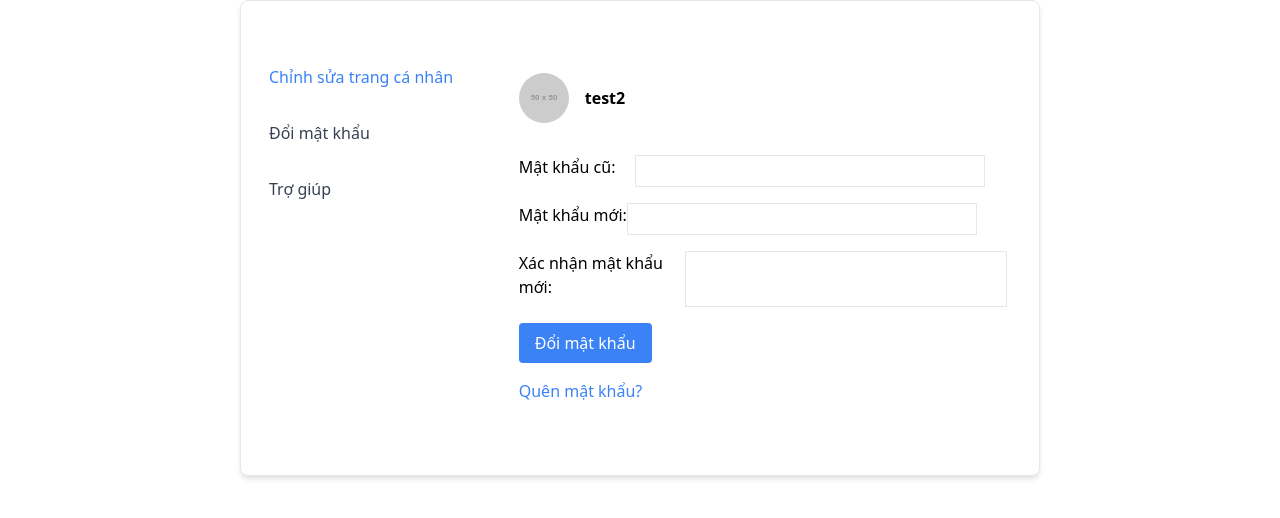
Repository: DangNgocDuong250903/2425_CS445AC_NHOM1
Page: /changepassword (app in social_fe/)
The author's editor kept a copy of each file at every save. The page is drawn from the files as they stood at one save, then again after the next save.
The browser window is 1280 px wide. The pictures show the whole page.
The project was rebuilt for these pictures with package versions that can differ from the ones it lists, and the page was loaded fresh each time. Also part of the build but not shown: social_fe/vite.config.js, social_fe/src/components/Button/index.jsx, social_fe/src/assets/index.js, social_fe/src/components/FriendCard/index.jsx, social_fe/src/components/Loading/index.jsx, social_fe/src/components/PostCard/index.jsx, social_fe/src/components/ProfileCard/index.jsx, social_fe/src/components/TextInput/index.jsx and 9 more.

Above is the page before, as saved 2024-11-05 16:47:07.

### social_fe/index.html
<!DOCTYPE html>
<html lang="en">
  <head>
    <meta charset="UTF-8" />
    <link rel="icon" type="image/svg+xml" href="/public/logo.svg" />
    <meta name="viewport" content="width=device-width, initial-scale=1.0" />
    <title>LinkVerse</title>
  </head>
  <body>
    <div id="root"></div>
    <script type="module" src="/src/main.jsx"></script>
  </body>
</html>

### social_fe/src/main.jsx
import { StrictMode } from "react";
import { createRoot } from "react-dom/client";
import App from "./App.jsx";
import "./index.css";
import { store } from "./redux/store.js";
import { Provider } from "react-redux";
import { BrowserRouter } from "react-router-dom";

createRoot(document.getElementById("root")).render(
  <StrictMode>
    <Provider store={store}>
      <BrowserRouter>
        <App />
      </BrowserRouter>
    </Provider>
  </StrictMode>,
);

### social_fe/src/App.jsx
import { Outlet, Navigate, Route, Routes, useLocation } from "react-router-dom";
import {
  Home,
  Profile,
  Register,
  Login,
  ResetPassword,
  NotFound,
} from "./pages";
import { useSelector } from "react-redux";
import UpdateUser from "./pages/ProfilePage/updateUser";
import ChangePassword from "./pages/ProfilePage/ChangePassword";

const Layout = () => {
  const { user } = useSelector((state) => state.user);
  const location = useLocation();

  return user?.token ? (
    <Outlet />
  ) : (
    <Navigate to="/login" state={{ from: location }} replace />
  );
};

function App() {
  const { theme } = useSelector((state) => state.theme);

  return (
    <div data-theme={theme} className="w-full min-h-[100vh]">
      <Routes>
        <Route element={<Layout />}>
          <Route path="/" element={<Home />} />
          <Route path="/profile" element={<Profile />} />
          <Route path="/update_user" element={<UpdateUser />} />
          <Route path="/changepassword" element={<ChangePassword />} />




        </Route>

        <Route path="/register" element={<Register />} />
        <Route path="/login" element={<Login />} />
        <Route path="/reset-password" element={<ResetPassword />} />
        <Route path="*" element={<NotFound />} />
      </Routes>
    </div>
  );
}

export default App;

### social_fe/src/index.css
@tailwind base;
@tailwind components;
@tailwind utilities;

::-webkit-scrollbar {
    display: none;
     -ms-overflow-style: none;  /* IE and Edge */
    scrollbar-width: none;
  }

  .topbar{
  position: sticky;
  top: 0px;
  z-index: 49;
  }


  .dots-container {
    display: flex;
    align-items: center;
    justify-content: center;
    height: 100%;
    width: 100%;
    margin-bottom: 5px;
  }

  .dot {
    height: 12px;
    width: 12px;
    margin-right: 10px;
    border-radius: 10px;
    background-color: #fff;
    animation: pulse 1.5s infinite ease-in-out;
  }

  .dot:last-child {
    margin-right: 0;
  }

  .dot:nth-child(1) {
    animation-delay: -0.3s;
  }

  .dot:nth-child(2) {
    animation-delay: -0.1s;
  }

  .dot:nth-child(3) {
    animation-delay: 0.1s;
  }

  @keyframes pulse {
    0% {
      transform: scale(0.8);
      background-color: #b3d4fc;
      box-shadow: 0 0 0 0 rgba(178, 212, 252, 0.7);
    }

    50% {
      transform: scale(1.2);
      background-color: #4b79e4;
      box-shadow: 0 0 0 10px rgba(178, 212, 252, 0);
    }

    100% {
      transform: scale(0.8);
      background-color: #2584f8;
      box-shadow: 0 0 0 0 rgba(178, 212, 252, 0.7);
    }
  }

  @layer base {
    :root {
      --color-bg: 227 227 227;
      --color-primary: 255 255 255;
      --color-secondary:255 255 255;
      --color-ascent1: 0 0 0;
      --color-ascent2: 89 91 100;
      --color-blue: 6 90 216;
      --color-white: 255 255 255;

    }
    /* //15 23 42  21 30 49*/
    [data-theme="dark"] {
       --color-bg: 12 12 12;
       --color-primary: 31 31 31;
      --color-secondary: 47 45 48;
      --color-ascent1: 255 255 255;
      --color-ascent2: 164 161 162;
      --color-blue: 6 90 216;
      /* //16 176 255; */
      --color-white: 255 255 255;
    }
  }

### social_fe/src/redux/store.js
import { configureStore } from "@reduxjs/toolkit";

import { rootReducer } from "./reducer";

const store = configureStore({
  reducer: rootReducer,
});

const { dispatch } = store;

export { store, dispatch };

### social_fe/src/pages/index.js
import Home from "./HomePage";
import Login from "./LoginPage";
import NotFound from "./NotFoundPage";
import Profile from "./ProfilePage";
import Register from "./RegisterPage";
import ResetPassword from "./ResetPasswordPage";

export { Home, Login, NotFound, Profile, Register, ResetPassword };

### social_fe/src/pages/ProfilePage/ChangePassword.jsx
import React, { useState } from 'react';
import { Link, useNavigate } from 'react-router-dom';

const ChangePassword = () => {
    const [selectedLink, setSelectedLink] = useState(1);
    const navigate = useNavigate()
    const handleLinkClick = (linkIndex) => {
        setSelectedLink(linkIndex);
    };
    return (
        <div className="flex w-[800px] mx-auto pt-10 pb-10 border border-gray-200 shadow-md rounded-lg">
            <div className="w-1/3 p-4 bg-white rounded-md ">
                <ul className="flex flex-col ">

                    <Link
                        to="/update_user"
                        onClick={() => handleLinkClick(1)}
                        className={`mb-4 font-medium hover:bg-gray-200 px-3 py-2 rounded-lg ${selectedLink === 1 ? 'text-blue-500' : 'text-gray-700'}`}
                    >
                        Chỉnh sửa trang cá nhân
                    </Link>


                    <Link
                        to="/changepassword"
                        onClick={() => handleLinkClick(2)}
                        className={`mb-4 font-medium hover:bg-gray-200 px-3 py-2 rounded-lg ${selectedLink === 2 ? 'text-blue-500' : 'text-gray-700'}`}
                    >
                        Đổi mật khẩu
                    </Link>

                    <Link

                        onClick={() => handleLinkClick(3)}
                        className={`mb-4 font-medium hover:bg-gray-200 px-3 py-2 rounded-lg ${selectedLink === 3 ? 'text-blue-500' : 'text-gray-700'}`}
                    >
                        Trợ giúp
                    </Link>
                </ul>
            </div>
            <div className="w-3/4 p-8">
                <div className="flex items-center mb-8">
                    <img src="https://placehold.co/50x50" alt="User avatar" className="mr-4 rounded-full" />
                    <span className="font-bold">test2</span>
                </div>
                <div className="flex gap-5 mb-4 ">
                    <label className="mb-2 ">Mật khẩu cũ:</label>
                    <input type="password" className="w-[350px] px-2  border" />
                </div>
                <div className="flex mb-4 ju">
                    <label className="block mb-2">Mật khẩu mới:</label>
                    <input type="password" className=" w-[350px] px-2  border " />
                </div>
                <div className="flex mb-4">
                    <label className="block mb-2">Xác nhận mật khẩu mới:</label>
                    <input type="password" className=" w-[350px] px-2  border " />
                </div>
                <button className="px-4 py-2 text-white bg-blue-500 rounded">Đổi mật khẩu</button>
                <div className="mt-4">
                    <a href="#" className="text-blue-500">Quên mật khẩu?</a>
                </div>
            </div>
        </div>
    );
};

export default ChangePassword;

### social_fe/src/redux/reducer.js
import { combineReducers } from "@reduxjs/toolkit";

import postSlice from "./Slices/postSlice";
import themeSlice from "./Slices/theme";
import userSlice from "./Slices/userSlice";

const rootReducer = combineReducers({
  user: userSlice,
  theme: themeSlice,
  posts: postSlice,
});

export { rootReducer };

### social_fe/src/redux/Slices/postSlice.js
import { createSlice } from "@reduxjs/toolkit";

const initialState = {
  posts: {},
};

const postSlice = createSlice({
  name: "post",
  initialState,
  reducers: {
    getPosts(state, action) {
      state.posts = action.payload;
    },
  },
});

export default postSlice.reducer;

export function SetPosts(post) {
  return (dispatch) => {
    dispatch(postSlice.actions.getPosts(post));
  };
}

### social_fe/src/redux/Slices/theme.js
import { createSlice } from "@reduxjs/toolkit";

const initialState = {
  theme: JSON.parse(window?.localStorage.getItem("theme")) ?? "dark",
};

const themeSlice = createSlice({
  name: "theme",
  initialState,
  reducers: {
    setTheme(state, action) {
      state.theme = action.payload;
      localStorage.setItem("theme", JSON.stringify(action.payload));
    },
  },
});

export default themeSlice.reducer;

export function SetTheme(value) {
  return (dispatch) => {
    dispatch(themeSlice.actions.setTheme(value));
  };
}

### social_fe/src/redux/Slices/userSlice.js
import { createSlice } from "@reduxjs/toolkit";

import { user } from "../../assets/data";

const initialState = {
  user: JSON.parse(window?.localStorage.getItem("user")) ?? user,
  edit: false,
};

const userSlice = createSlice({
  name: "user",
  initialState,
  reducers: {
    login(state, action) {
      state.user = action.payload;
      localStorage.setItem("user", JSON.stringify(action.payload));
    },
    logout(state) {
      state.user = null;
      localStorage?.removeItem("user");
    },
    updateProfile(state, action) {
      state.edit = action.payload;
    },
  },
});
export default userSlice.reducer;

export function UserLogin(user) {
  return (dispatch) => {
    dispatch(userSlice.actions.login(user));
  };
}

export function Logout() {
  return (dispatch) => {
    dispatch(userSlice.actions.logout());
  };
}

export function UpdateProfile(val) {
  return (dispatch) => {
    dispatch(userSlice.actions.updateProfile(val));
  };
}

### social_fe/tailwind.config.js
/** @type {import('tailwindcss').Config} */
export default {
  content: [
    "./index.html",
    "./src/**/*.{js,ts,jsx,tsx}",
  ],
  theme: {
    extend: {
      colors: {
        bgColor: "rgb(var(--color-bg) / <alpha-value>)",
        primary: "rgb(var(--color-primary) / <alpha-value>)",
        secondary: "rgb(var(--color-secondary) / <alpha-value>)",
        customBlue: "rgb(var(--color-blue) / <alpha-value>)",
        white: "rgb(var(--color-white) / <alpha-value>)",
        ascent: {
          1: "rgb(var(--colorgit-ascent1) / <alpha-value>)",
          2: "rgb(var(--color-ascent2) / <alpha-value>)",
        },
      },
      screens: {
        sm: "640px",

        md: "768px",

        lg: "1024px",

        xl: "1280px",

        "2xl": "1536px",
      },
      extend: {
      },
    },
    plugins: [],
  }
}

Loaded but not shown: social_fe/src/assets/data.js (508 lines, source omitted)

After the next save:
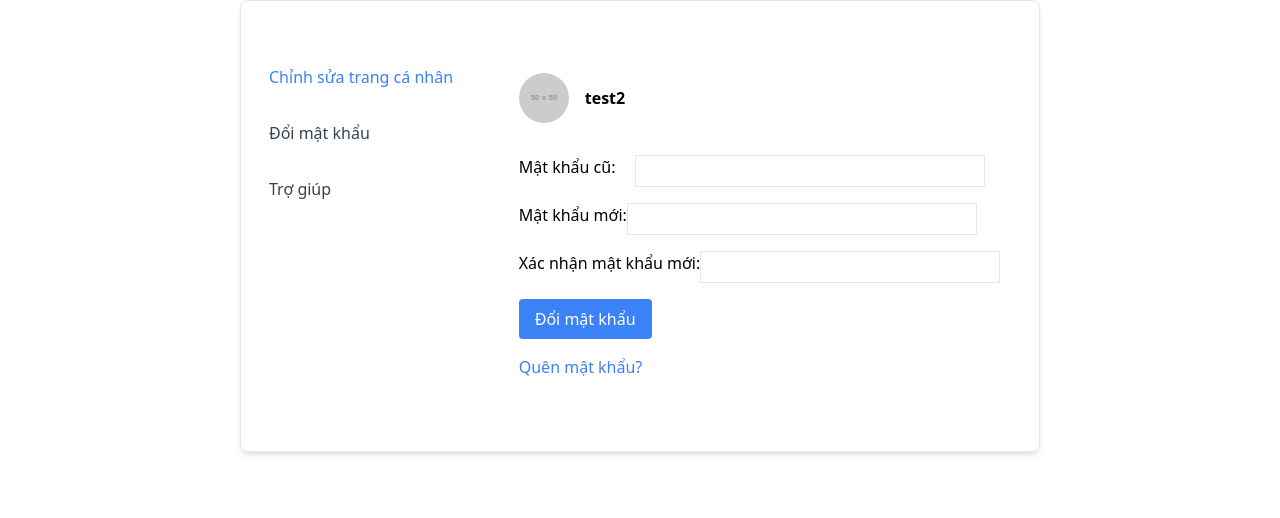
Saved 11 s later.
--- a/social_fe/src/pages/ProfilePage/ChangePassword.jsx
+++ b/social_fe/src/pages/ProfilePage/ChangePassword.jsx
@@ -53,7 +53,7 @@
                 </div>
                 <div className="flex mb-4">
                     <label className="block mb-2">Xác nhận mật khẩu mới:</label>
-                    <input type="password" className=" w-[350px] px-2  border " />
+                    <input type="password" className=" w-[300px] px-2  border " />
                 </div>
                 <button className="px-4 py-2 text-white bg-blue-500 rounded">Đổi mật khẩu</button>
                 <div className="mt-4">

After the save that followed:
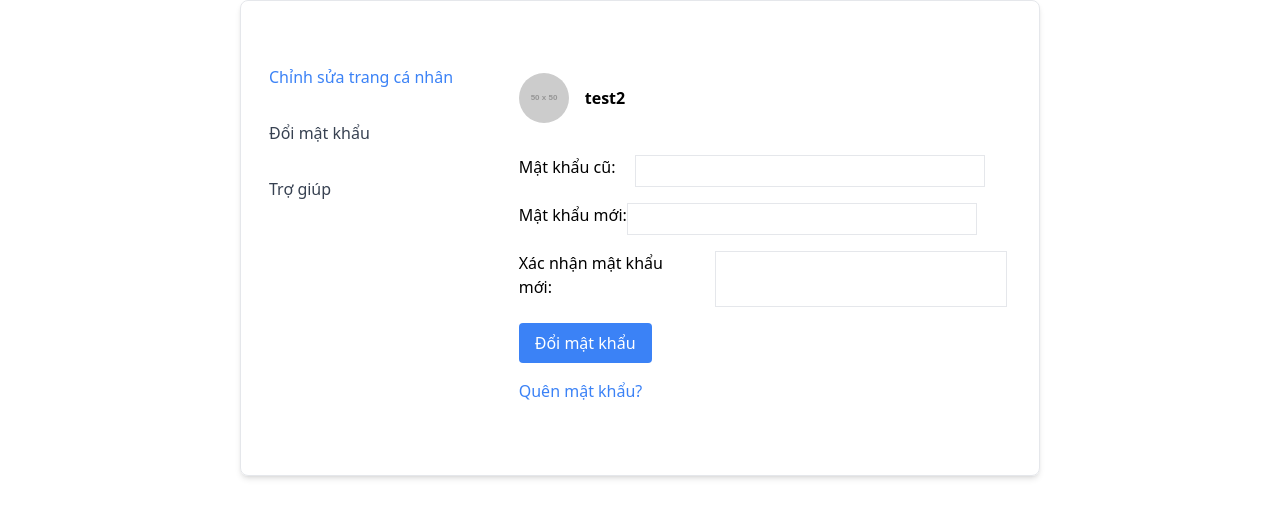
Saved 10 s later.
--- a/social_fe/src/pages/ProfilePage/ChangePassword.jsx
+++ b/social_fe/src/pages/ProfilePage/ChangePassword.jsx
@@ -51,7 +51,7 @@
                     <label className="block mb-2">Mật khẩu mới:</label>
                     <input type="password" className=" w-[350px] px-2  border " />
                 </div>
-                <div className="flex mb-4">
+                <div className="flex gap-5 mb-4">
                     <label className="block mb-2">Xác nhận mật khẩu mới:</label>
                     <input type="password" className=" w-[300px] px-2  border " />
                 </div>
